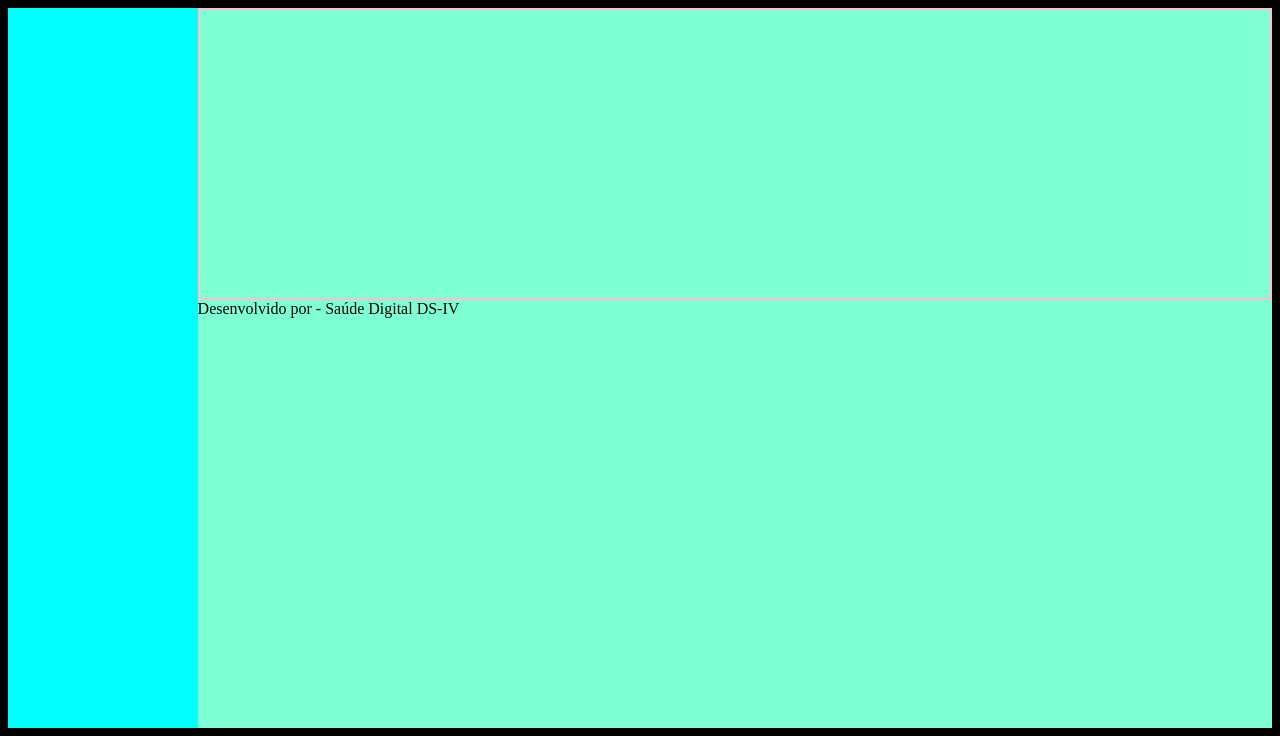
Repository: br-on/ddaf-chamados
Page: index.html
These files come from the project's save history. The page is drawn as it stood at one moment and after the next save; the edit follows.
The browser window is 1280 px wide. The pictures show the whole page.

Above is the page before, as saved 2025-01-19 20:24:50.

### index.html
<!DOCTYPE html>
<html lang="pt-br">
<head>
    <meta charset="UTF-8">
    <meta name="viewport" content="width=device-width, initial-scale=1.0">
    <link rel="stylesheet" href="style.css">
    <title>Radar de Chamados</title>
</head>
<body>
    <header>
        <section class="filtros"></section>
        <section class="percentual"></section>
    </header>
    <main>
        <section class="tipos-demandas"></section>
        <section class="andamento-demandas"></section>
        <footer> Desenvolvido por - Saúde Digital DS-IV</footer>
    </main>
</body>
</html>

### style.css
body {
    background-color: black;
    display: flex;
    height: 100vh;
}
header {
    width: 15%;
    background-color: aqua;
}
main {
    width: 85%;
    background-color: aquamarine;
}

.tipos-demandas {
    height: 40%;
    border: solid pink 2px;
}

After the next save:
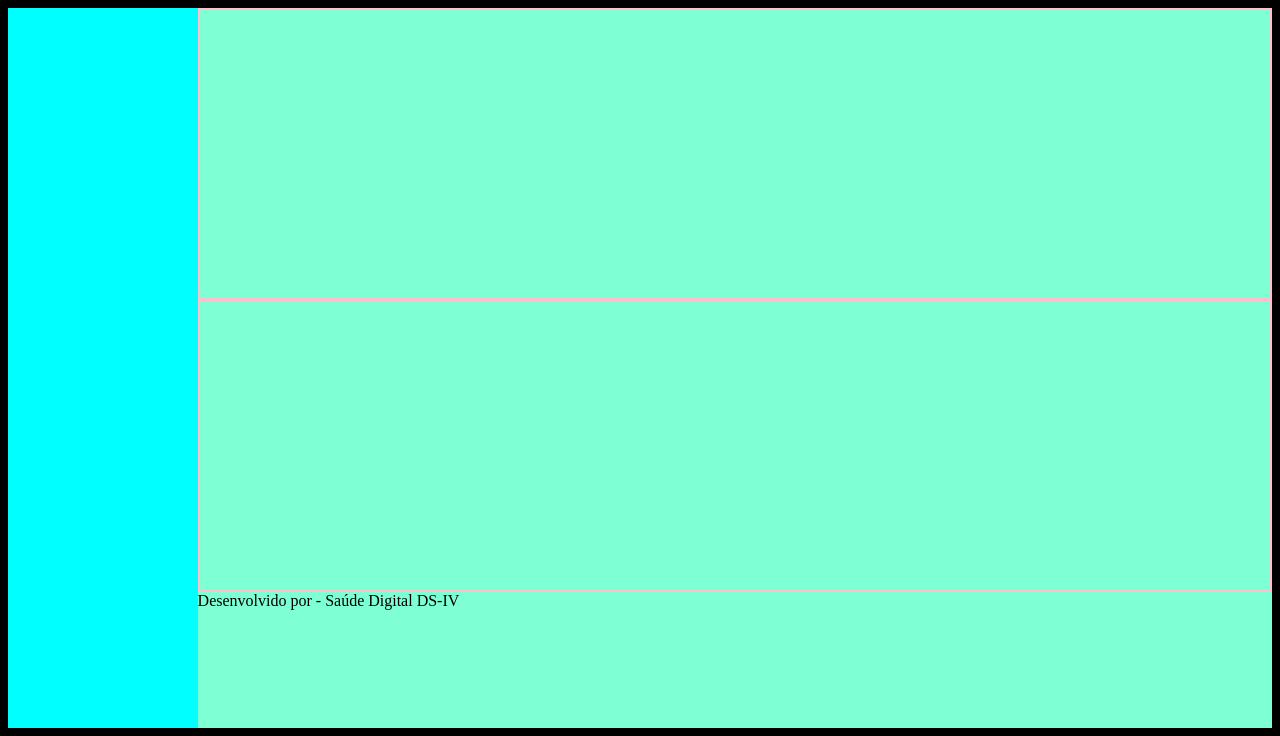
Saved 22 s later.
--- a/style.css
+++ b/style.css
@@ -16,3 +16,8 @@ main {
     height: 40%;
     border: solid pink 2px;
 }
+
+.andamento-demandas {
+    height: 40%;
+    border: solid pink 2px;
+}
